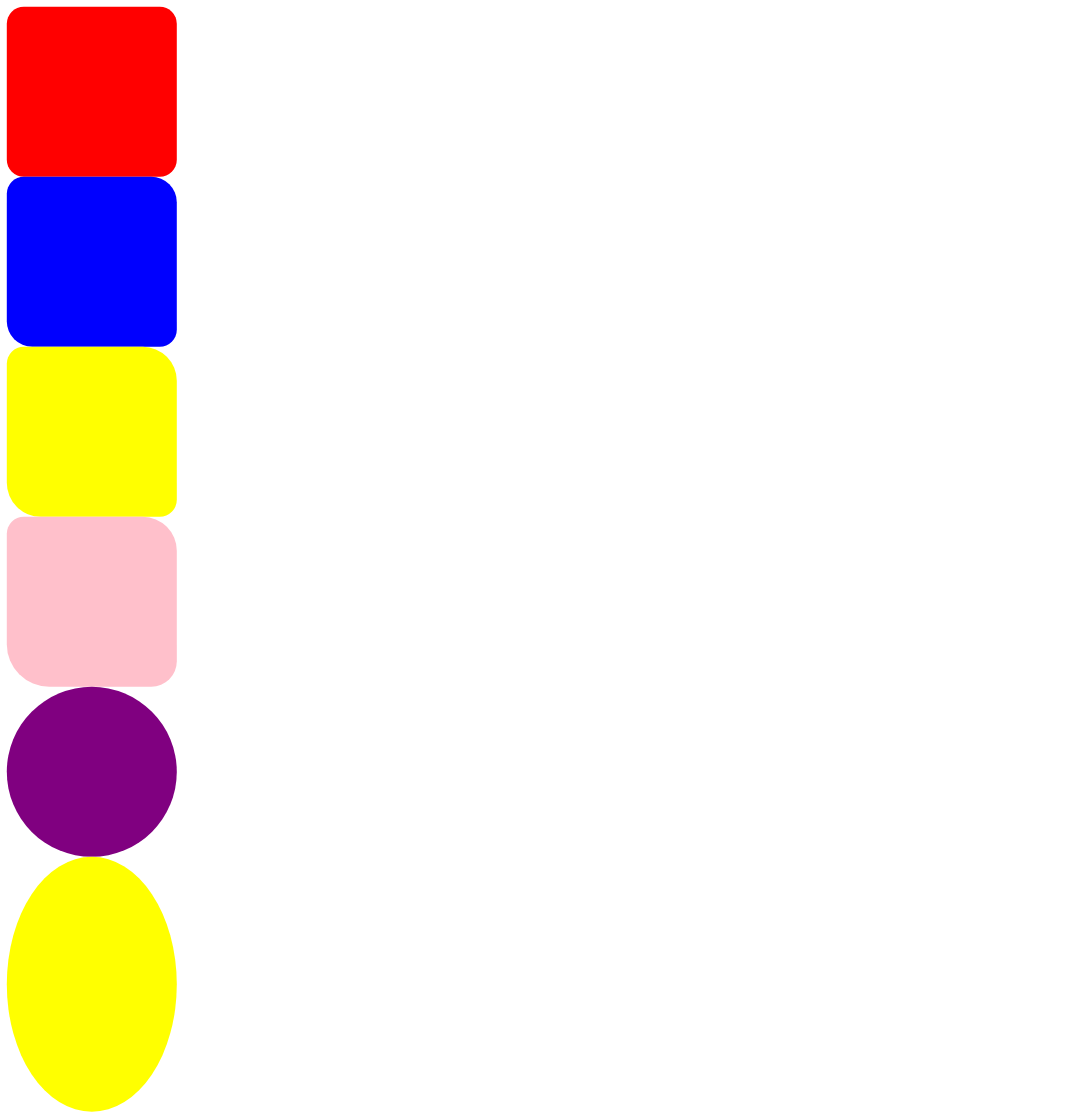
Repository: TheBestBadGuy0228/code
Page: 盒子圆角阴影文字阴影.html
The author's editor kept a copy of each file at every save. The page is drawn from the files as they stood at one save, then again after the next save.
The browser window is 1280 px wide. The pictures show the whole page, at 85% of full size.

Above is the page before, as saved 2021-12-08 14:44:32.

After the next save:
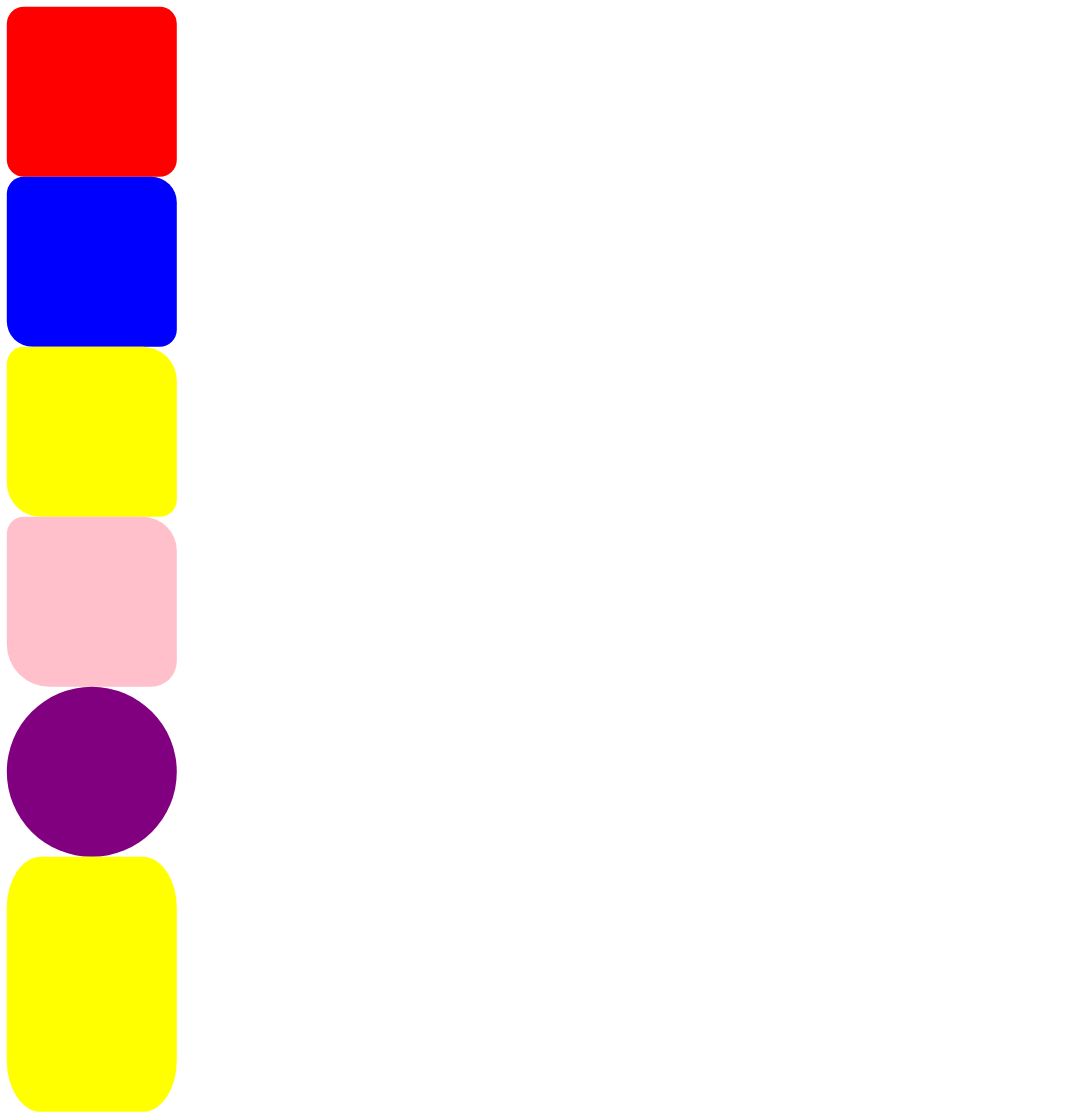
Saved 7 s later.
--- a/盒子圆角阴影文字阴影.html
+++ b/盒子圆角阴影文字阴影.html
@@ -52,7 +52,7 @@
         background-color: yellow;
         height: 300px;
         width: 200px;
-        border-radius: 50%;
+        border-radius: 20%;
     }
 </style>
 <body>

After the save that followed:
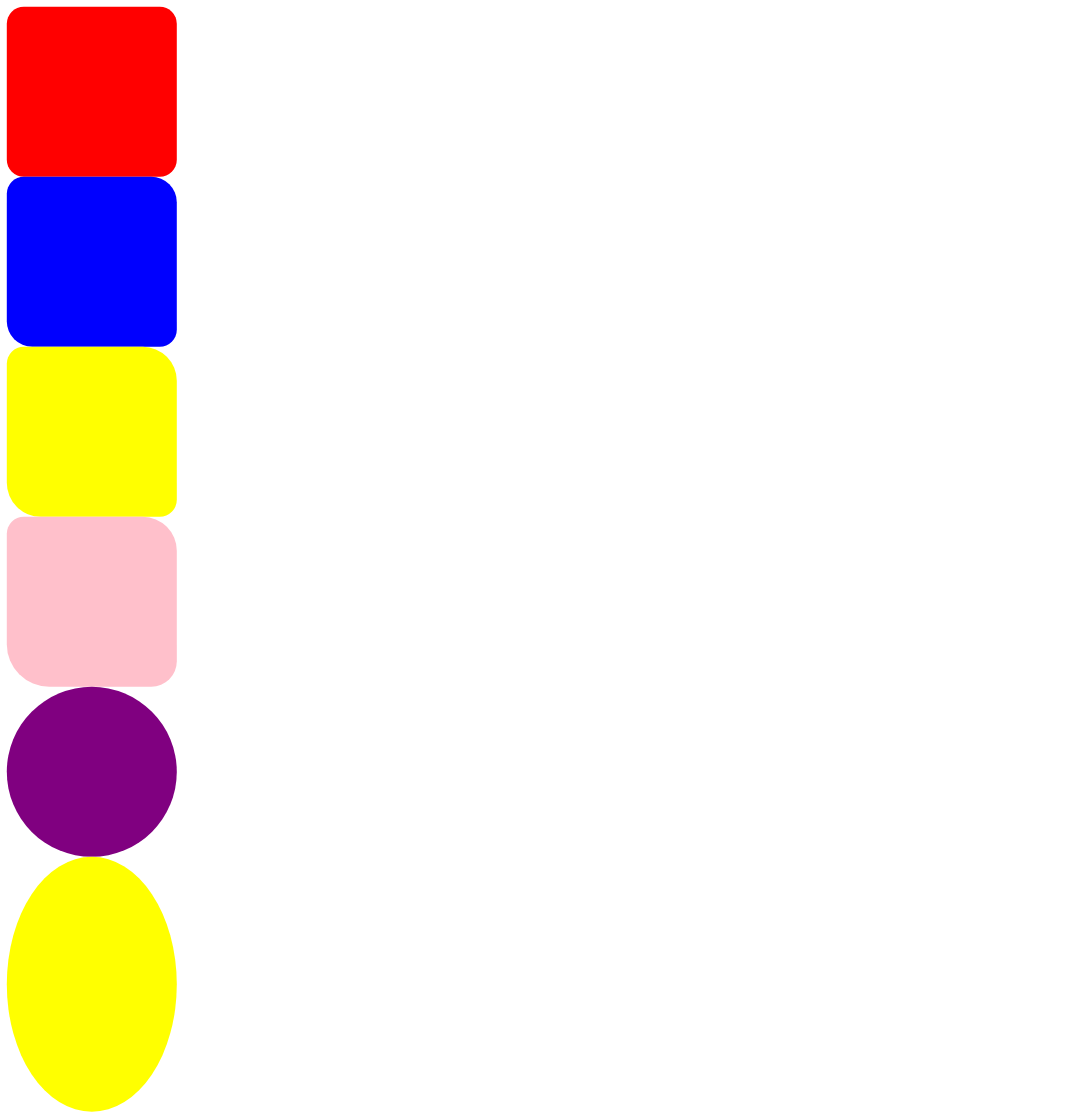
Saved 12 s later.
--- a/盒子圆角阴影文字阴影.html
+++ b/盒子圆角阴影文字阴影.html
@@ -52,7 +52,7 @@
         background-color: yellow;
         height: 300px;
         width: 200px;
-        border-radius: 20%;
+        border-radius: 50%;
     }
 </style>
 <body>
